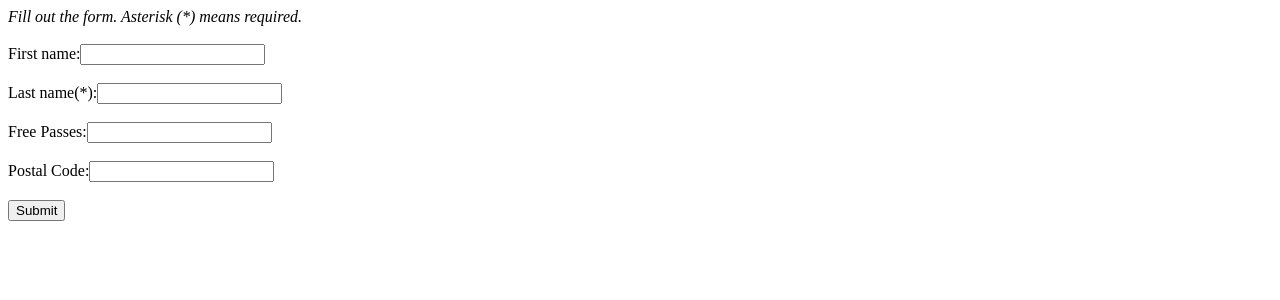
Repository: shravankumarsingh91/mydemoproject
Page: http://localhost/spring-mvc-demo/customer/showForm
The author's editor kept a copy of each file at every save. The page is drawn from the files as they stood at one save, then again after the next save.
The browser window is 1280 px wide. The pictures show the whole page.
The page is served by Tomcat 9.

Above is the page before, as saved 2019-09-20 10:30:07.

After the next save:
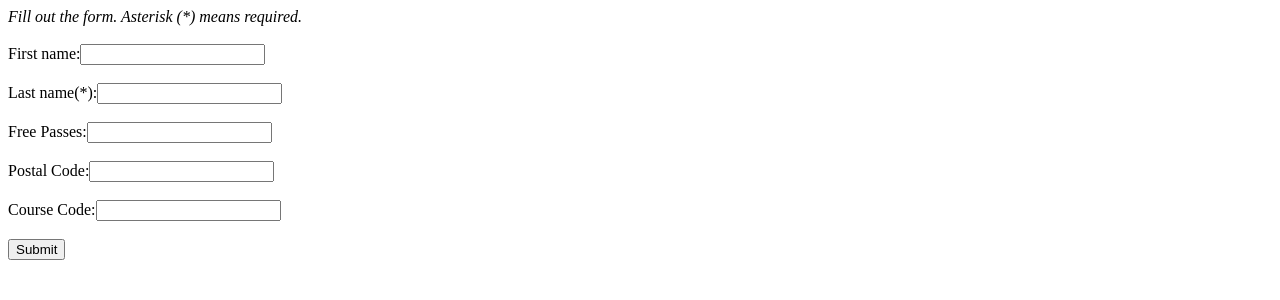
Saved 98 s later.
--- a/spring-mvc-demo/WebContent/WEB-INF/view/customer-form.jsp
+++ b/spring-mvc-demo/WebContent/WEB-INF/view/customer-form.jsp
@@ -47,6 +47,12 @@ Postal Code:<form:input path="postalCode" />
 		<form:errors path="postalCode" cssClass="error" />
 		<br>
 		<br>
+
+Course Code:<form:input path="courseCode" />
+
+		<form:errors path="courseCode" cssClass="error" />
+		<br>
+		<br>
 		<input type="submit" value="Submit" />
 	</form:form>
 
